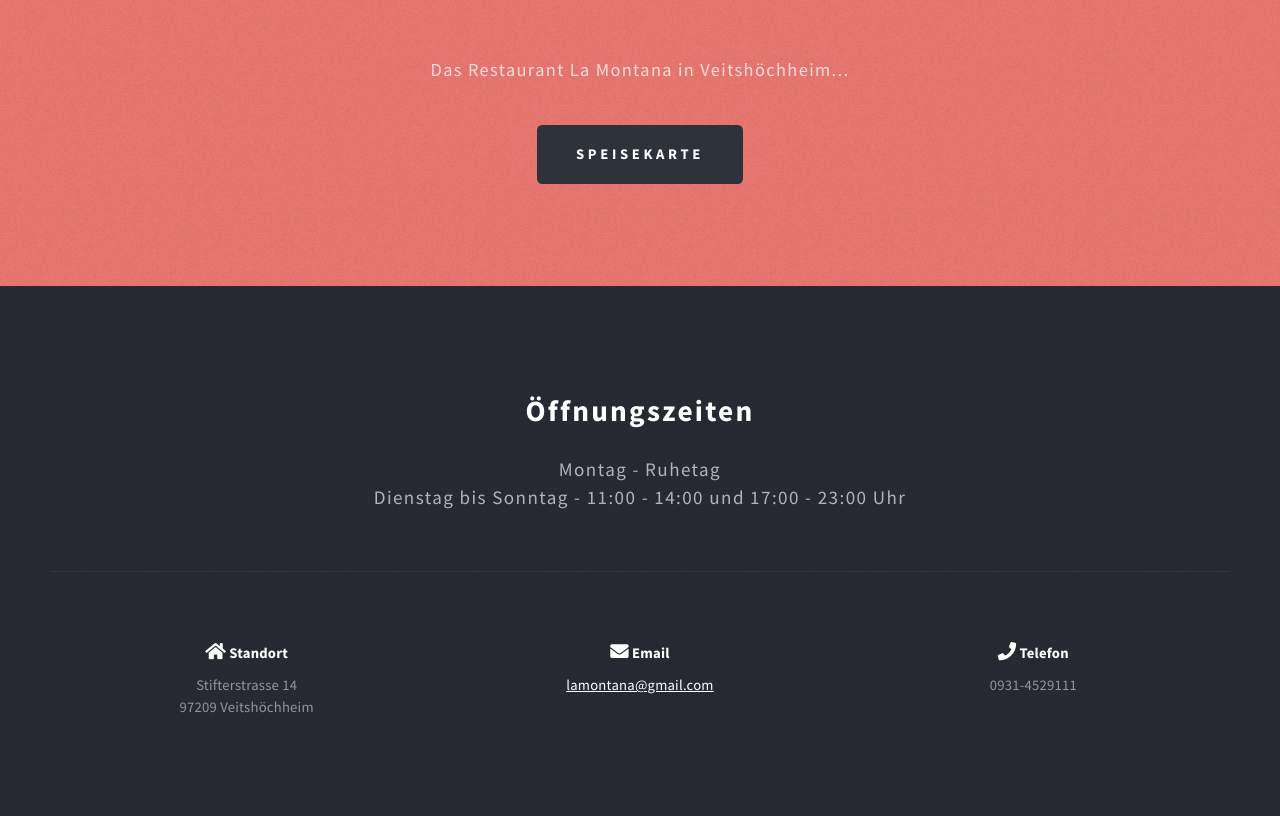
Repository: restaurantlamontana/restaurantlamontana.github.io
Page: index.html
An editor plug-in stored every save of this project. The page is shown before and after a run of saves, followed by the edit.
The browser window is 1280 px wide. The pictures show the part of the page from y = 513 to 1329 px (the page is 1329 px tall before and 1293 px after).

Above is the page before, as saved 2024-07-14 18:09:03.

After the next 2 saves:
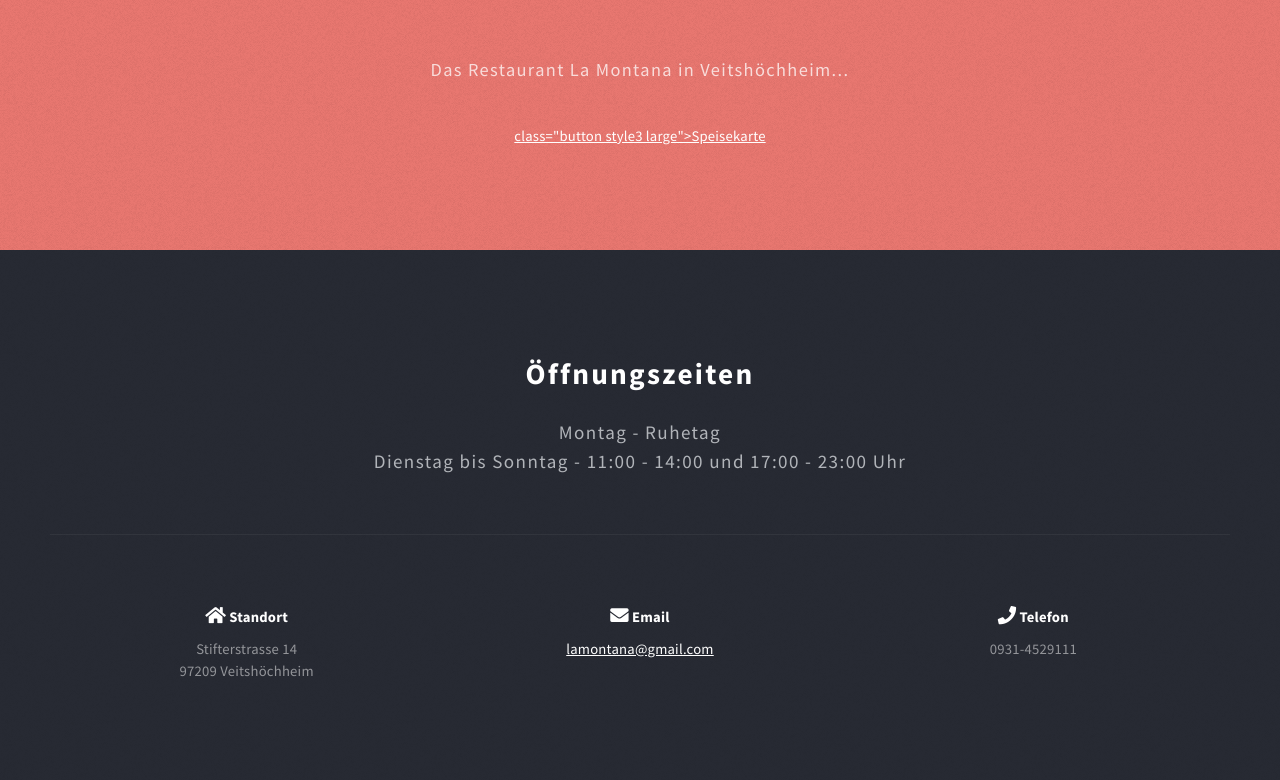
The 2 saves are shown as one change because they came seconds apart.
The last was saved 45 s later.
--- a/index.html
+++ b/index.html
@@ -40,7 +40,7 @@
           <p class="style1">Das Restaurant La Montana in Veitshöchheim...</p>
 
           <ul class="actions">
-            <li><a href="#" class="button style3 large">Speisekarte</a></li>
+            <li><a href="assets/Speisekarte_Scan.pdf" target="_blank"> class="button style3 large">Speisekarte</a></li>
           </ul>
         </div>
       </section>

After the save that followed:
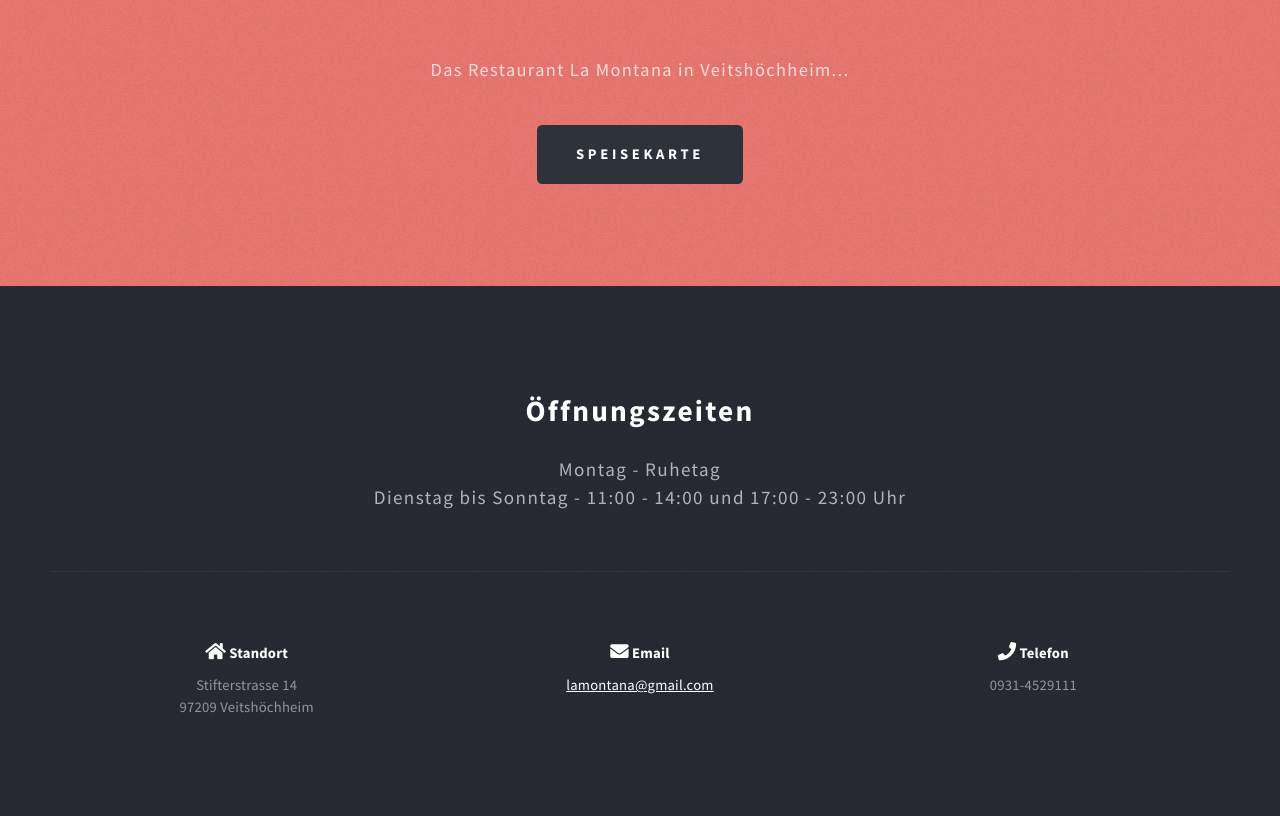
Saved 4 s later.
--- a/index.html
+++ b/index.html
@@ -40,7 +40,7 @@
           <p class="style1">Das Restaurant La Montana in Veitshöchheim...</p>
 
           <ul class="actions">
-            <li><a href="assets/Speisekarte_Scan.pdf" target="_blank"> class="button style3 large">Speisekarte</a></li>
+            <li><a href="assets/Speisekarte_Scan.pdf" target="_blank" class="button style3 large">Speisekarte</a></li>
           </ul>
         </div>
       </section>
